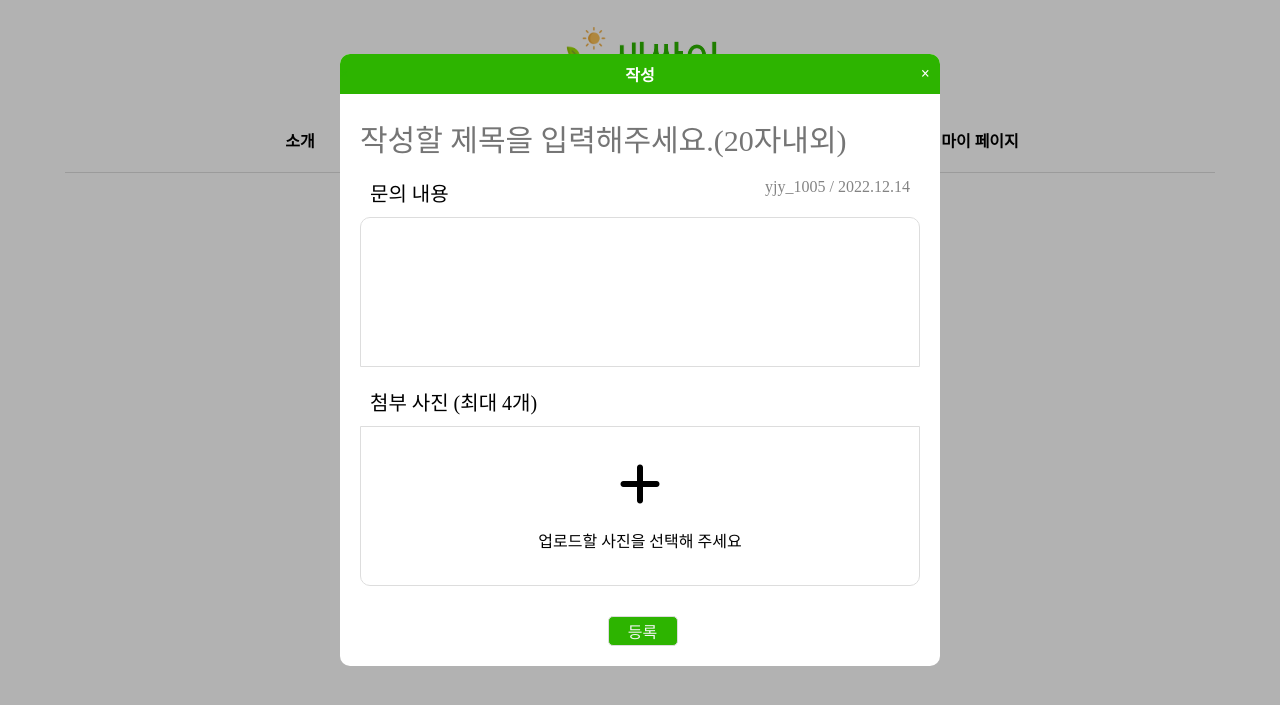
Repository: Seedye/Seedye
Page: team/src/main/webapp/html/board/board-write.html
The author's editor kept a copy of each file at every save. The page is drawn from the files as they stood at one save, then again after the next save.
The browser window is 1280 px wide. The pictures show the whole page.
Pictures or frames that could not be fetched are drawn as grey boxes. Some web fonts or font styles are not loaded; a fallback is used. Some web libraries are served in a nearby version.

Above is the page before, as saved 2022-12-16 12:34:19.

### team/src/main/webapp/html/board/board-write.html
<!DOCTYPE html>
<html lang="en">
<head>
  <meta charset="UTF-8">
  <meta http-equiv="X-UA-Compatible" content="IE=edge">
  <meta name="viewport" content="width=device-width, initial-scale=1.0">
  <link rel="stylesheet" href="../../resources/css/header.css">
  <link rel="stylesheet" href="../../resources/css/board/board-write-style.css">
  <title>게시물 작성 모달</title>

  <script src="https://kit.fontawesome.com/95f413b465.js" crossorigin="anonymous"></script>

</head>
<body>
  <header>
    <!-- 헤더 -->
    <section id="header-container">
        <!-- 로고 -->
        <section id="header-section">
            <a href="#"><img id="logo" src="../../resources/images/새싹이.png"></a>
            <a href="#" id="logo-content">새싹이</a>
        </section>
        <!-- 메뉴창 -->
        <nav id="nav-bar">
            <ul>
                <li><a href="#"></a>소개</li>
                <li><a href="#"></a>공지사항</li>
                <li><a href="../board/board-list.html"></a>커뮤니티</li>
                <li><a href="#"></a>식당 등록 문의</li>
                <li><a href="#"></a>마이 페이지</li>
                <!-- <li><a href="#"></a>관리자</li> -->
                <!-- <li><a href="#"></a>후원</li> -->
            </ul>
        </nav>
    </section>
  </header>
  <div class="board-view-modal">
    <div class="board-view-area">
      <!-- /* 상세보기 */ -->
      <div class="board-view-title">
        <p class="board-view-x-hidden">&times;</p>
        <p>작성</p>
        <p class="board-view-x">&times;</p>
      </div>

      <!-- /* 상세보기 내용 */ -->
      <div class="board-view-content-all">
        <div class="board-view-title-detail-answer">
          <!-- <p>[ </p> -->
          <input type="text" placeholder="작성할 제목을 입력해주세요.(20자내외)">
          <!-- <p> ]</p> -->
      </div>

      <div class="board-view-title-detail-answer">
        <div class="board-view-content-detail-answer">
          <div class="board-view-content-content">
            <p>문의 내용</p>
            <p>yjy_1005 / 2022.12.14</p>
          </div>
          <div class="board-view-content-text">
            <textarea></textarea>

          </div>
        </div>
      </div>

      <div class="board-view-title-detail-answer">
        <div class="board-view-content-detail-answer">
          <div class="board-view-content-content">
            <p>첨부 사진 (최대 4개)</p>
            <!-- <p>2022.12.15</p> -->
          </div>

              <div class="board-view-content-img-area">
              <!-- <div></div> -->
              <!-- 파일선택 div -->
                <div class="board-view-content-img-select" id="boardViewContentImgSelect">
                  <label for="inputFile">
                    <i class="fa-solid fa-plus fa-3x"></i>
                    <p>업로드할 사진을 선택해 주세요</p>
                  </label>
                  <input type="file" id="inputFile" hidden>
                </div>
                <!-- 이미지미리보기 -->
                <!-- <div class="board-view-content-img">
                  <div class="board-Write-img-delete">&times;</div>

                  <img src="../../resources/images/게시판테스트img1.jpg" alt="">
                </div>
                <div class="board-view-content-img">
                  <div class="board-Write-img-delete">&times;</div>
                  <img src="../../resources/images/게시판테스트img2.jpg" alt="">
                </div>
                <div class="board-view-content-img">
                  <div class="board-Write-img-delete">&times;</div>
                  <img src="../../resources/images/게시판테스트img3.jpg" alt="">
                </div>
                <div class="board-view-content-img">
                  <div class="board-Write-img-delete">&times;</div>
                  <img src="../../resources/images/게시판테스트img3.jpg" alt="">
                </div> -->

              </div>


        </div>
      </div>

      </div>
      <div class="board-view-content-delete-update">
        <div class="board-view-btn">
          등록
        </div>
        <!-- <div class="board-view-btn">
          수정
        </div> -->
      </div>
    </div>
  </div>
<script src="../../resources/js/board.js"></script>
</body>

</html>

### team/src/main/webapp/resources/css/header.css

@font-face {
    font-family: 'yg-jalnan';
    src: url('https://cdn.jsdelivr.net/gh/projectnoonnu/noonfonts_four@1.2/JalnanOTF00.woff') format('woff');
    font-weight: normal;
    font-style: normal;
}


@font-face {
    font-family: 'NIXGONM-Vb';
    src: url('https://cdn.jsdelivr.net/gh/projectnoonnu/noonfonts_six@1.2/NIXGONM-Vb.woff') format('woff');
    font-weight: normal;
    font-style: normal;
}

*{
    box-sizing: border-box;
    margin: 0;
    padding: 0;
}

header{
    position: sticky;
    top: 0;
    background-color: white;
    z-index: 1000;
}

body{
    display: flex;
    justify-content: center;
    align-items: center;
    flex-direction: column;
}

#header-section{
    width: 100%;
    display: flex;
    justify-content: center;
    align-items: center;
    margin-top: 20px;
}

#logo{
    width: 50px;
    height: 50px;
}

#logo-content{
    color: #2db400;
    -webkit-text-stroke: 1px white;
    text-decoration: none;
    font-weight: bold;
    font-family: yg-jalnan;
    font-size: 40px;
    padding-top: 10px;
}

#nav-bar{
    display: flex;
    justify-content: center;
    margin: 20px 0px  0px  0px;
}

#nav-bar > ul {
    /* width: 100vw; */
    display: flex;
    justify-content: space-between;
    font-weight: bold;
    border-bottom: 1px solid #ddd;
    padding: 0px 150px;
}

#nav-bar > ul > li{
    font-family: NIXGONM-Vb;
    float: left;
    display: flex;
    justify-content: center;
    padding: 20px 35px;
    border-radius: 6px;
    cursor: pointer;
    width: 170px;
    height: auto;
}

#nav-bar > ul > li:hover{
    background-color: rgba(45, 180, 0, 0.6);
    color: white;
    transition-duration: 0.3s;
}

footer {
    width: 1200px;
    height: 134px;
    color: gray;
    font-size: var(--small-font-size);
    padding: 20px 0;

    display: flex;
    flex-direction: column;
    justify-content: space-around;
    align-items: center;

    /* position: absolute; */
    bottom: 0;

    border-top: 1px solid #ddd;
  }

  footer a {
    color: gray;
  }

### team/src/main/webapp/resources/css/board/board-write-style.css
*{
  font-family: "NIXGONM-Vb";
}
.board-view-modal{
  top: 0; left: 0;
  position: absolute;
  width: 100vw;
  height: 100vh;
  background-color: rgba(0, 0, 0, 0.3);

  /* display: none; */
  display: flex;
  align-items: center;
  justify-content: center;
  z-index: 1000;
}
/* 상세보기 흰영역 */
.board-view-area{
  width: 40vw;
  /* height: 30vw; */
  max-width: 600px;
  min-width: 600px;
  min-height: 300px;
  /* max-height: 650px; */
  background-color: white;
  border-radius: 10px;
  /* overflow: auto; */
  overflow: hidden;
  margin: auto;
}
/* 상세보기 제목 위에 초록*/
.board-view-title{
  width: 100%;
  height: 40px;
  background-color:  #2db400;
  display: flex;
  align-items: center;
  justify-content: space-between;
  color: white;
  font-weight: bold;

}
.board-view-x-hidden{
  color:  #2db400;
  padding-right: 10px;
}
.board-view-x{
  padding-right: 10px;
  cursor: pointer;
}
/* 초록색 아래부분 */
.board-view-content-all{
  padding: 20px;
  /* overflow: auto; */
}

.board-view-title-detail-answer > input{
  font-size: 30px;
  border: none;
  width: 100%;
  outline: none;
}
/* .board-view-title-detail-answer:first-child{
  display: flex;
} */
.board-view-content-all > *{
  padding: 10px 0 0 0;
}
.board-view-content-content{
  display: flex;
  justify-content: space-between;
  padding: 10px;
}
.board-view-content-text>textarea{
  width: 100%;
  height: 90%;
  border: none;
  outline: none;
  resize: none;
  font-size: 20px;
}
.board-view-content-text{
  height: 150px;
  padding: 10px;
  /* border-radius: 10px; */
  border-top-left-radius: 10px;
  border-top-right-radius: 10px;
  box-shadow: 10px;
  border: 1px solid #ddd;
  /* margin-bottom: 10px; */
  overflow: auto;
}
#boardViewContentText{
  /* margin-bottom: 10px; */

}
.board-view-content-content > p:nth-child(2){
  color:rgba(0, 0, 0, 0.486);
}
.board-view-content-content > p:nth-child(1){
  font-size: 20px;
}
.board-view-content-img-area{
  /* width: 1000px; */
  display: flex;
  height: 160px;
  padding: 10px;
  border-bottom-left-radius: 10px;
  border-bottom-right-radius: 10px;
  box-shadow: 10px;
  border: 1px solid #ddd;
  margin-bottom: 10px;
  /* overflow: auto; */
  /* display: none; */
}
.board-view-content-img{
  width: 120px;
  /* min-width: 90px; */
  height: 120px;
  background-color: red;
  /* display: flex; */
  /* flex-direction: column; */
  margin: 7px;
  cursor: pointer;
}
.board-view-content-img > img{
  /* position: absolute; */
  width: 100%;
  height: 100%;
  object-fit: cover;
}
/* 삭제 수정 버튼 */
.board-view-content-delete-update{
  display: flex;
  justify-content: center;
}
.board-view-btn{
  display: flex;
  justify-content: center;
  align-items: center;
  width:70px;
  height: 30px;
  border-radius: 5px;
  margin-left: 5px;
  margin-bottom: 20px;
  border: 1px solid #ddd;
  cursor: pointer;
  background-color: #2db400;
  color: whitesmoke;
}
.board-view-btn:hover{
  transition-duration: 0.2s;
  background-color: #2aa800;
  box-shadow: 1px 1px 1px 1px rgb(206, 204, 204);
  border:none;
}

.board-view-content-img-select{
  width: 100%;
  height: 100%;
  display: flex;
  justify-content: center;
  align-items: center;
  flex-direction: column;
  color: black;
  cursor: pointer;
}
.board-view-content-img-select > label{

  display: flex;
  justify-content: center;
  align-items: center;
  flex-direction: column;
  color: black;
  cursor: pointer;

}

.board-view-content-img-select >label> i{
  margin-bottom: 20px;

}

/* .board-view-content-img-area > div{
  position: absolute;
  width: 100%;
  height: 100%;
  background-color: rgba(0, 0, 0, 0.212);
  box-shadow: 1px 1px 1px px yellow;
} */

.board-Write-img-delete{
  position: absolute;
  width: 120px;
  height: 120px;
  background-color: rgba(0, 0, 0, 0.274);
  color: white;
  font-size: 50px;
  font-weight: bold;

  display: flex;
  justify-content: center;
  align-items: center;
}

### team/src/main/webapp/resources/js/board.js
const inputFile = document.getElementById("inputFile"); // 글쓰기 파일 선택
const boardViewContentImgSelect = document.getElementById("boardViewContentImgSelect"); // 업로드할 사진을 선택해주세요 문구 나오는 곳

// 파일 선택
inputFile.addEventListener("change", (e)=>{
  if(e.target.files[0] != undefined){

  }else{

  }
});

After the next save:
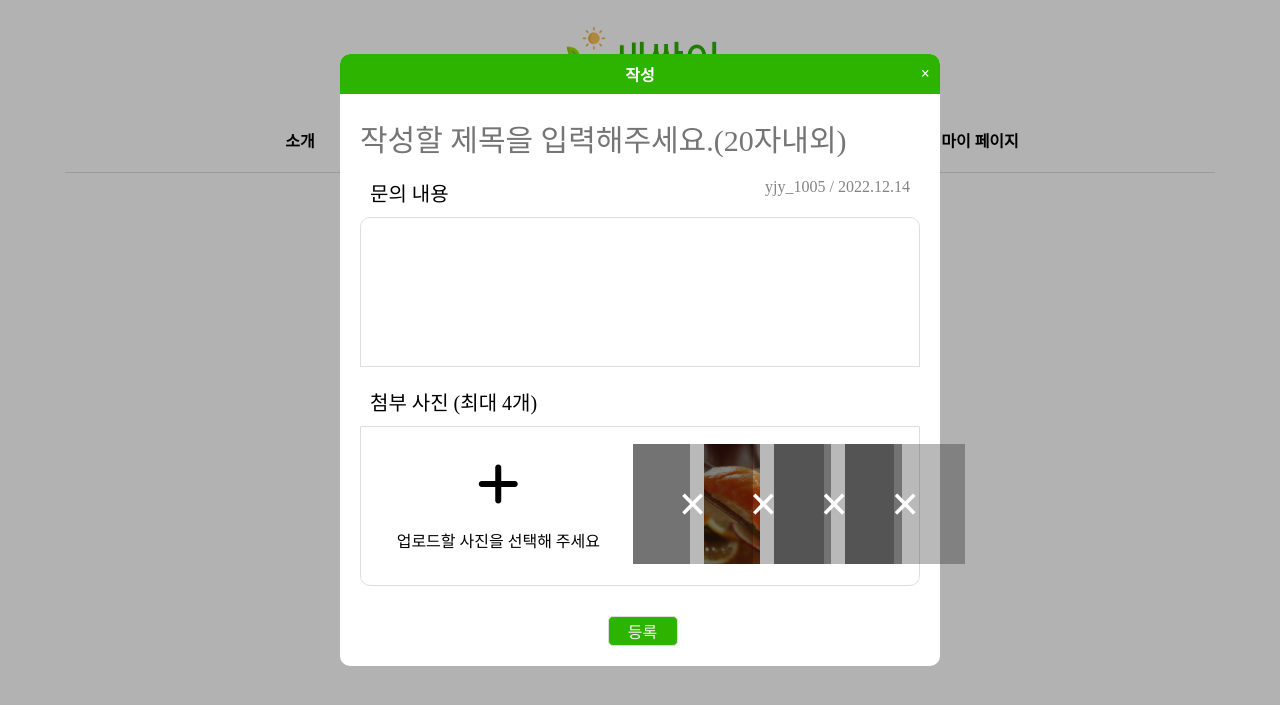
Saved 14 s later.
--- a/team/src/main/webapp/html/board/board-write.html
+++ b/team/src/main/webapp/html/board/board-write.html
@@ -82,7 +82,7 @@
                   <input type="file" id="inputFile" hidden>
                 </div>
                 <!-- 이미지미리보기 -->
-                <!-- <div class="board-view-content-img">
+                <div class="board-view-content-img">
                   <div class="board-Write-img-delete">&times;</div>
 
                   <img src="../../resources/images/게시판테스트img1.jpg" alt="">
@@ -98,7 +98,7 @@
                 <div class="board-view-content-img">
                   <div class="board-Write-img-delete">&times;</div>
                   <img src="../../resources/images/게시판테스트img3.jpg" alt="">
-                </div> -->
+                </div>
 
               </div>
 

After the save that followed:
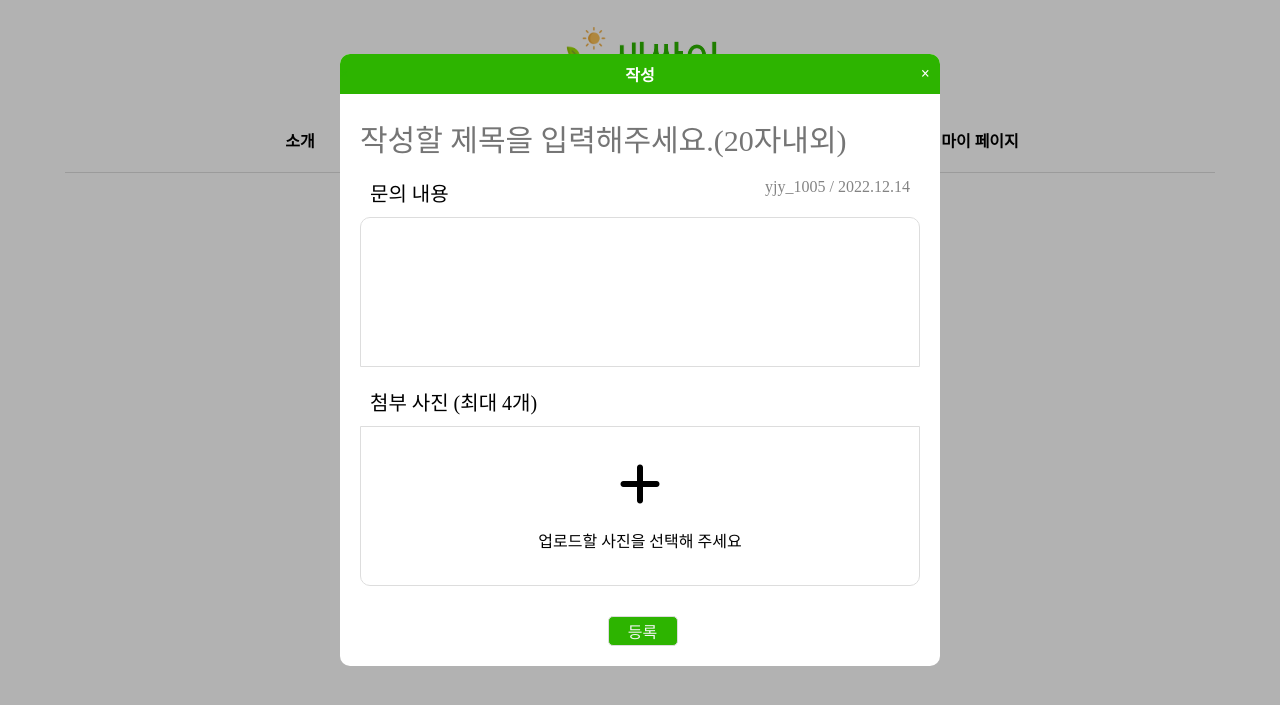
Saved 46 s later.
--- a/team/src/main/webapp/resources/css/board/board-write-style.css
+++ b/team/src/main/webapp/resources/css/board/board-write-style.css
@@ -122,6 +122,7 @@
   /* flex-direction: column; */
   margin: 7px;
   cursor: pointer;
+  display: none;
 }
 .board-view-content-img > img{
   /* position: absolute; */
